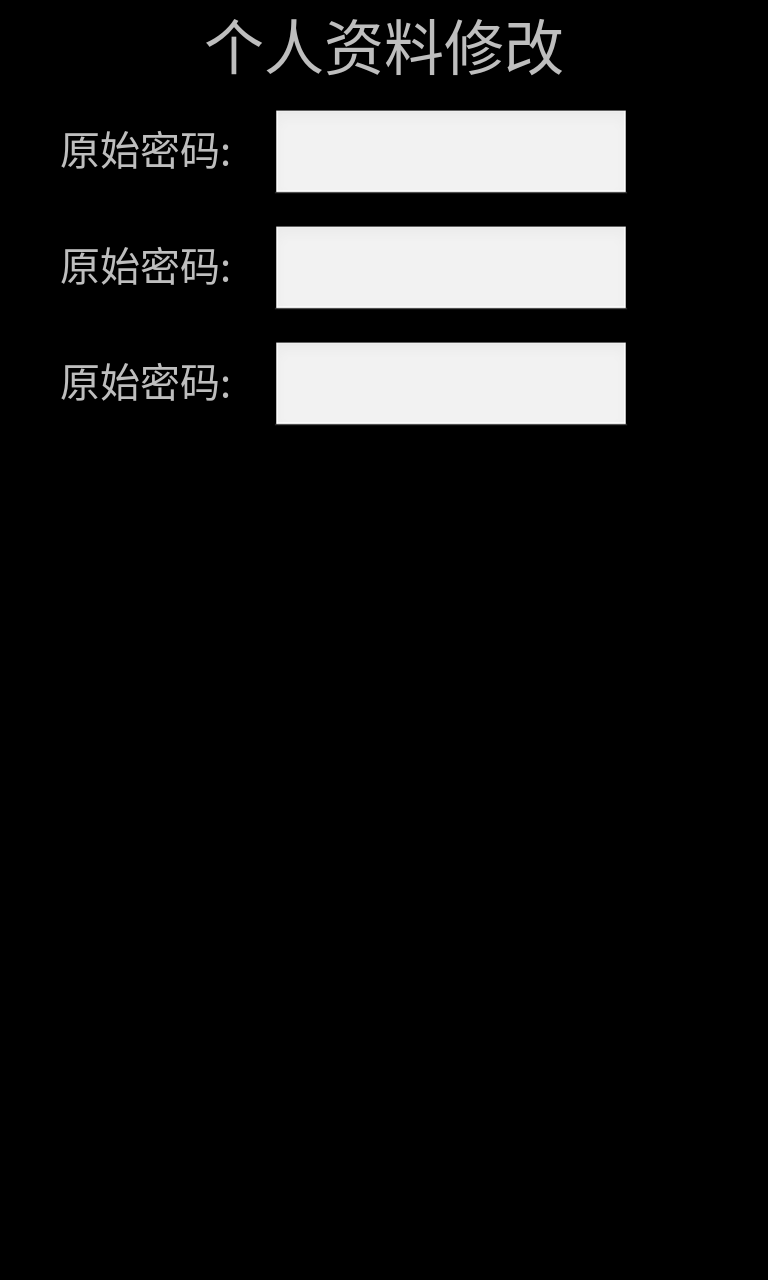
Repository: jcyfkimi/Android-TaoTao
Layout: TaoTao/res/layout/manageuserinfo.xml
These files come from the project's save history. The layout is drawn as it stood at one moment and after the next save; the edit follows.
It is drawn on a 768 x 1280 px phone screen (xhdpi) without system bars, with theme android:Theme; the app's code is not run.

Above is the layout before, as saved 2011-09-16 05:58:11.

After the next save:
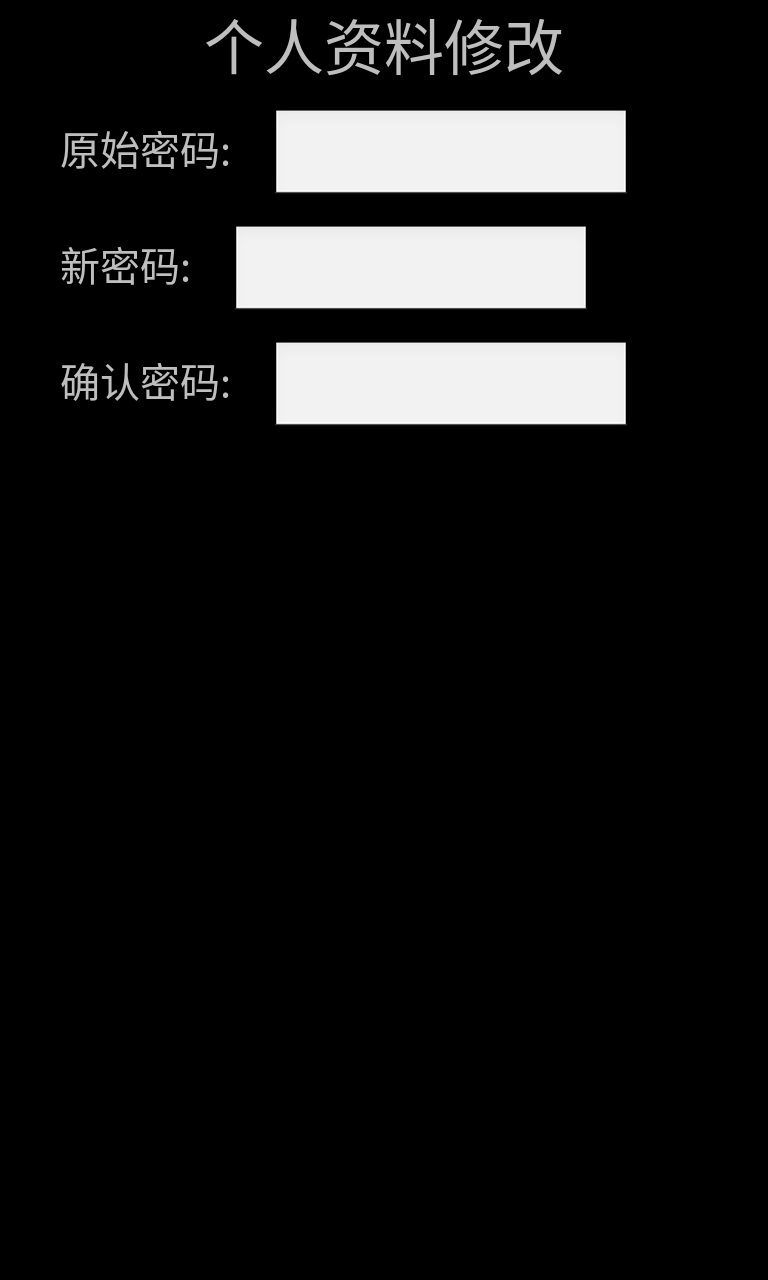
Saved 39 s later.
--- a/TaoTao/res/layout/manageuserinfo.xml
+++ b/TaoTao/res/layout/manageuserinfo.xml
@@ -37,9 +37,9 @@
 	  	android:layout_height="wrap_content"
 	  	android:layout_marginLeft="30dip"
 	  	android:layout_marginTop="10dip"
-	  	android:text="@string/manageinfopass"
+	  	android:text="@string/manageinfonewpass"
 	  	android:textSize="20dip"/>
-	  <EditText android:id="@+id/origpass"
+	  <EditText android:id="@+id/newpass"
 	  	android:layout_width="180dip"
 	  	android:layout_height="wrap_content"
 	  	android:layout_marginLeft="20dip"
@@ -54,9 +54,9 @@
 	  	android:layout_height="wrap_content"
 	  	android:layout_marginLeft="30dip"
 	  	android:layout_marginTop="10dip"
-	  	android:text="@string/manageinfopass"
+	  	android:text="@string/manageinfonewpasscfm"
 	  	android:textSize="20dip"/>
-	  <EditText android:id="@+id/origpass"
+	  <EditText android:id="@+id/newpasscfm"
 	  	android:layout_width="180dip"
 	  	android:layout_height="wrap_content"
 	  	android:layout_marginLeft="20dip"
